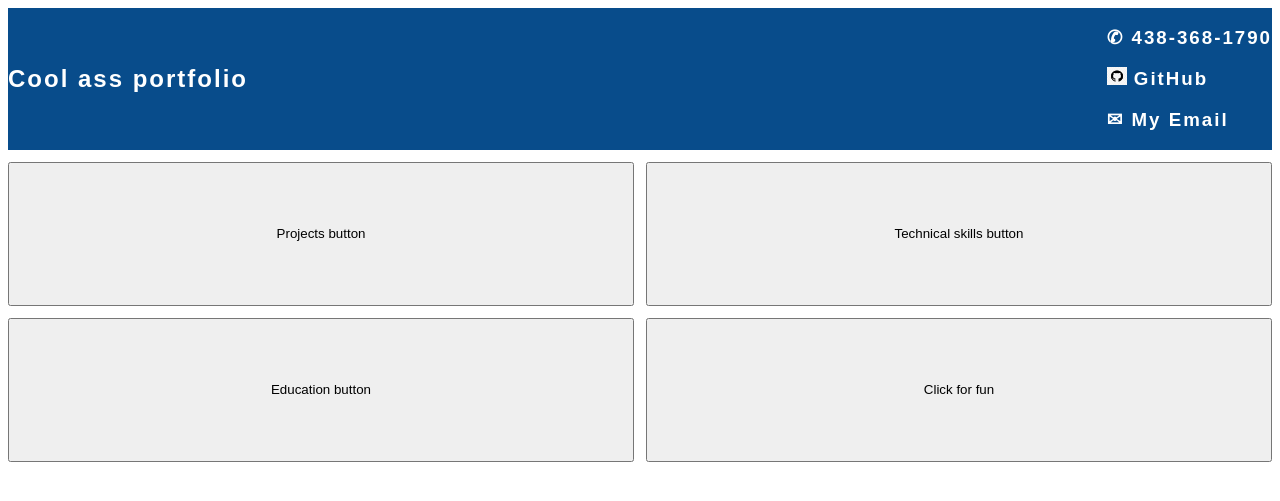
Repository: zackaroo20/zackaroo20
Page: index.html
The author's editor kept a copy of each file at every save. The page is drawn from the files as they stood at one save, then again after the next save.
The browser window is 1280 px wide. The pictures show the whole page.

Above is the page before, as saved 2026-05-12 13:25:34.

After the next save:
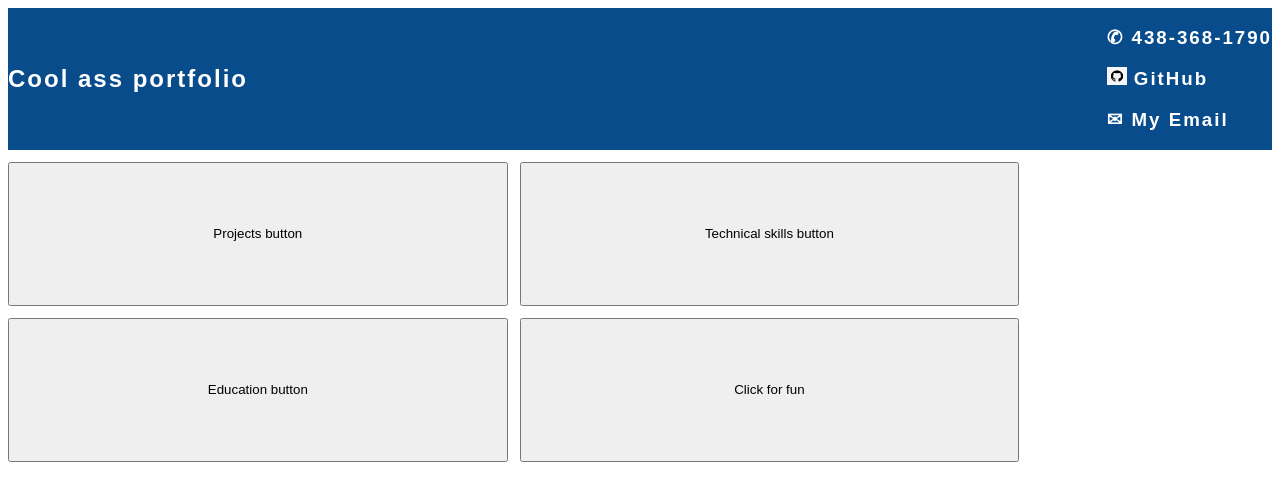
Saved 5 min 0 s later.
--- a/styles/index.css
+++ b/styles/index.css
@@ -5,6 +5,9 @@
 @media screen and (min-width: 900px) {
  section {
  /* custom styles */
+    min-width: 70%;
+    max-width: 80%;
+
  }
 }
 
